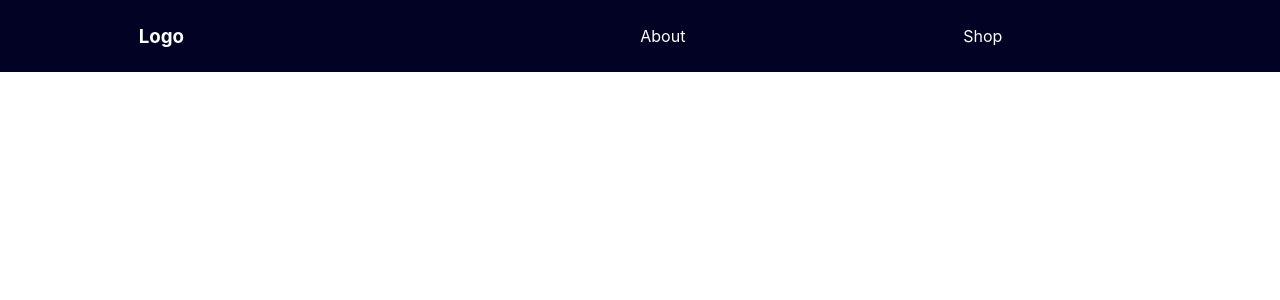
Repository: patrik-fredlund/React-router-tutorial
Page: /
An editor plug-in stored every save of this project. The page is shown before and after the next save, followed by the edit.
The browser window is 1280 px wide. The pictures show the whole page.
The project was rebuilt for these pictures with package versions that can differ from the ones it lists, and the page was loaded fresh each time. Also part of the build but not shown: src/About.js, src/Shop.js.

Above is the page before, as saved 2021-04-02 17:24:31.

### public/index.html
<!DOCTYPE html>
<html lang="en">

<head>
  <meta charset="utf-8" />
  <link rel="icon" href="%PUBLIC_URL%/favicon.ico" />
  <meta name="viewport" content="width=device-width, initial-scale=1" />
  <meta name="theme-color" content="#000000" />
  <meta name="description" content="Web site created using create-react-app" />
  <link rel="apple-touch-icon" href="%PUBLIC_URL%/logo192.png" />

  <link rel="manifest" href="%PUBLIC_URL%/manifest.json" />

  <title>React Router tutorial</title>
</head>

<body>
  <noscript>You need to enable JavaScript to run this app.</noscript>
  <div id="root"></div>

</body>

</html>

### src/App.js
import './App.css';
import { Nav } from './Nav';
import { About } from './About';
import { Shop } from './Shop';
import { BrowserRouter as Router, Switch, Route } from 'react-router-dom';

function App() {
  return (
    <Router>
      <div className='App'>
        <Nav />
        <Route path='/about' component={About} />
        <Route path='/shop' component={Shop} />
      </div>
    </Router>
  );
}

export default App;

### src/App.css
.App {
  text-align: center;
}

nav {
  display: flex;
  justify-content: space-around;
  align-items: center;
  min-height: 10vh;
  background: rgb(2, 2, 36);
  color: white;
}

.nav-links {
  width: 50%;
  display: flex;
  justify-content: space-around;
  align-items: center;
  list-style: none;
}

### src/Nav.js
import React from 'react';

export const Nav = () => {
  return (
    <nav>
      <h3>Logo</h3>
      <ul className='nav-links'>
        <li>About</li>
        <li>Shop</li>
      </ul>
    </nav>
  );
};

Loaded but not shown: src/index.js (common file); src/index.css (common file); src/Home.js (common file)

After the next save:
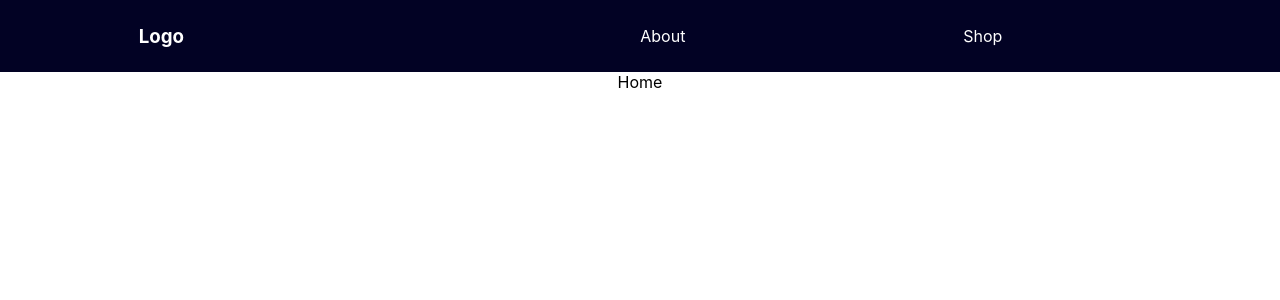
Saved 18 s later.
--- a/src/App.js
+++ b/src/App.js
@@ -2,6 +2,7 @@
 import { Nav } from './Nav';
 import { About } from './About';
 import { Shop } from './Shop';
+import { Home } from './Home';
 import { BrowserRouter as Router, Switch, Route } from 'react-router-dom';
 
 function App() {
@@ -9,6 +10,7 @@
     <Router>
       <div className='App'>
         <Nav />
+        <Route path='/' exact component={Home} />
         <Route path='/about' component={About} />
         <Route path='/shop' component={Shop} />
       </div>
